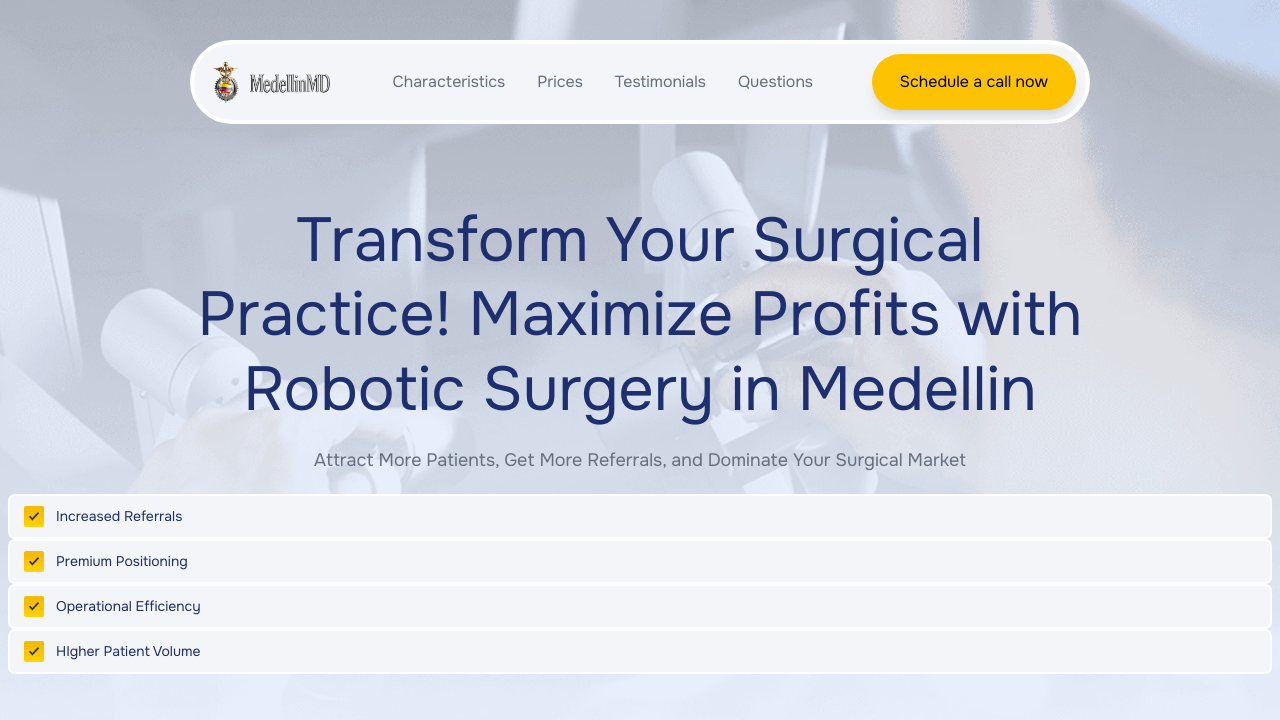
Repository: emmanueltech2019/cmd
Page: /home
These files come from the project's save history. The page is drawn as it stood at one moment and after a run of saves; the edit follows.
The browser window is 1280 px wide. The pictures show the whole page.
The project was rebuilt for these pictures with package versions that can differ from the ones it lists, and the page was loaded fresh each time. The framework's server and built-in components were replaced by stand-ins that run in the browser. Also part of the build but not shown: next.config.mjs.

Above is the page before, as saved 2025-05-15 16:23:29.

### src/app/home/page.jsx
import React from 'react'
import Image from 'next/image'
import medellinHero from '@/images/jpg/medellinHero.jpg'
import medellinLogo from '@/images/png/medellinLogo.png'
import medellinCheck from '@/images/png/medellinCheck.png'
import SlideView from '../components/SlideView'
import Button from '../components/Button'

const page = () => {
    const slideViewData = [
        { text: 'Increased Referrals', image: medellinCheck },
        { text: 'Premium Positioning', image: medellinCheck },
        { text: 'Operational Efficiency', image: medellinCheck },
        { text: 'Higher Patient Volume', image: medellinCheck },
    ];
  return (
    <>
        <div className={`h-screen w-full`}
            style={{
                backgroundImage: `url(${medellinHero.src})`,
                backgroundSize: 'cover',
                backgroundPosition: 'center',
                backgroundRepeat: 'no-repeat',
            }}
        >
            <nav className='py-5'>
                <div className="w-web-navwidth mx-auto bg-web-navwhite backdrop-blur-md p-web-nav-padding flex justify-between items-center rounded-web-radius border-white border-4 my-5">
                    <div className="w-web-logowidth h-web-logoheight flex justify-center items-center">
                        <Image src={medellinLogo} width={100} height={100} alt='medellin logo' className='w-full' />
                    </div>
                    <ul className="flex gap-web-navgap items-center text-navfontsize">
                        <li>
                            <button className='p-web-nav-padding bg-transparent hover:bg-web-blue text-web-navgray hover:text-white transition-all duration-500 rounded-web-navbtnradius'>Characteristics</button>
                        </li>
                        <li>
                            <button className='p-web-nav-padding bg-transparent hover:bg-web-blue text-web-navgray hover:text-white transition-all duration-500 rounded-web-navbtnradius'>Prices</button>
                        </li>
                        <li>
                            <button className='p-web-nav-padding bg-transparent hover:bg-web-blue text-web-navgray hover:text-white transition-all duration-500 rounded-web-navbtnradius'>Testimonials</button>
                        </li>
                        <li>
                            <button className='p-web-nav-padding bg-transparent hover:bg-web-blue text-web-navgray hover:text-white transition-all duration-500 rounded-web-navbtnradius'>Questions</button>
                        </li>
                    </ul>
                    <Button className='bg-web-yellow hover:bg-web-blue py-4 px-7 transition-all duration-500 hover:text-white shadow-lg rounded-web-radius'>Schedule a call now</Button>
                </div>
            </nav>
            <div className="mt-10 w-[100%] md:w-[70%] mx-auto">
                <h1 className="text-center text-web-blue text-webhero-font leading-webhero-lineheight">Transform Your Surgical Practice! Maximize Profits with Robotic Surgery in Medellin</h1>
                <p className='text-websubhero-font text-web-navgray text-center py-5'>Attract More Patients, Get More Referrals, and Dominate Your Surgical Market</p>
            </div>
            <div className="whitespace-nowrap">
                <SlideView>
                    <div className="flex gap-3">
                        <Image src={medellinCheck} alt='medellin check' width={100} height={100} className='w-5' />
                        Increased Referrals
                    </div>
                </SlideView>
                <SlideView>
                    <div className="flex gap-3">
                        <Image className='w-5' src={medellinCheck} alt='medellin check' width={100} height={100} />
                        Premium Positioning
                    </div>
                </SlideView>
                <SlideView>
                    <div className="flex gap-3">
                        <Image className='w-5' src={medellinCheck} alt='medellin check' width={100} height={100} />
                        Operational Efficiency
                    </div>
                </SlideView>
                <SlideView>
                    <div className="flex gap-3">
                        <Image className='w-5' src={medellinCheck} alt='medellin check' width={100} height={100} />
                        HIgher Patient Volume
                    </div>
                </SlideView>
            </div>
        </div>
    </>
  )
}

export default page

### src/app/globals.css
@import url('https://fonts.googleapis.com/css2?family=Onest:wght@100..900&family=Poppins:ital,wght@0,100;0,200;0,300;0,400;0,500;0,600;0,700;0,800;0,900;1,100;1,200;1,300;1,400;1,500;1,600;1,700;1,800;1,900&display=swap');

*{
  font-family: "Onest", sans-serif;
}

@tailwind base;
@tailwind components;
@tailwind utilities;

@font-face {
  font-family: 'Onset';
  src: url('/src/fonts/Onest-VariableFont_wght.ttf') format('truetype');
  font-weight: 400;
  font-style: normal;
  font-display: swap; /* recommended for better performance */
}

### src/app/components/SlideView.jsx
import React from 'react'

const slideview = ({ children }) => {
  return (
    <div className='p-web-heroslideview bg-web-navwhite border-white border-2 rounded-web-heroslideradius text-web-navfontsize text-web-blue mx-2 flex-shrink-0'>{children}</div>
  )
}

export default slideview

### src/app/components/button.jsx
import React from 'react'

const button = ({children}) => {
  return (
    <button className='bg-web-yellow hover:bg-web-blue py-4 px-7 transition-all duration-500 hover:text-white shadow-lg rounded-web-radius'>{children}</button>
  )
}

export default button

### tailwind.config.js
/** @type {import('tailwindcss').Config} */
export default {
  content: [
    "./index.html",
    "./src/**/*.{js,ts,jsx,tsx}",
  ],
  theme: {
    extend: {
      colors: {
        'web-blue': '#1d2f6f',
        'web-yellow': '#fdc201',
        'web-navwhite': '#f3f5f8',
        'web-navgray': '#646e7d',
      },
      boxShadow: {
        'web-shadow': '#abcbff08 0px 0.602187px 2.28831px 0px,'
      },
      padding: {
        'web-btn-padding': '16px 28px',
        'web-nav-padding': '10px',
        'web-heroslideview': '10px 14px'
      },
      lineHeight: {
        'webhero-lineheight': '74.4px'
      },
      fontSize: {
        'webhero-font': '62px',
        'websubhero-font': '18px',
        'web-navfontsize': '14px'
      },
      width: {
        'web-navwidth': '900px',
        'web-logowidth': '130px',
      },
      height: {
        'web-navheight': '76px',
        'web-logoheight': '56px'
      },
      borderRadius: {
        'web-radius': '99px',
        'web-navbtnradius': '8px',
        'web-heroslideradius': '7px'
      },
      gap: {
        'web-navgap': '12px'
      },
      fontFamily: {
        myFont: ['Onset']
      }
    },
  },
  plugins: [],
}

Loaded but not shown: src/app/layout.jsx (common file)

After the next 7 saves:
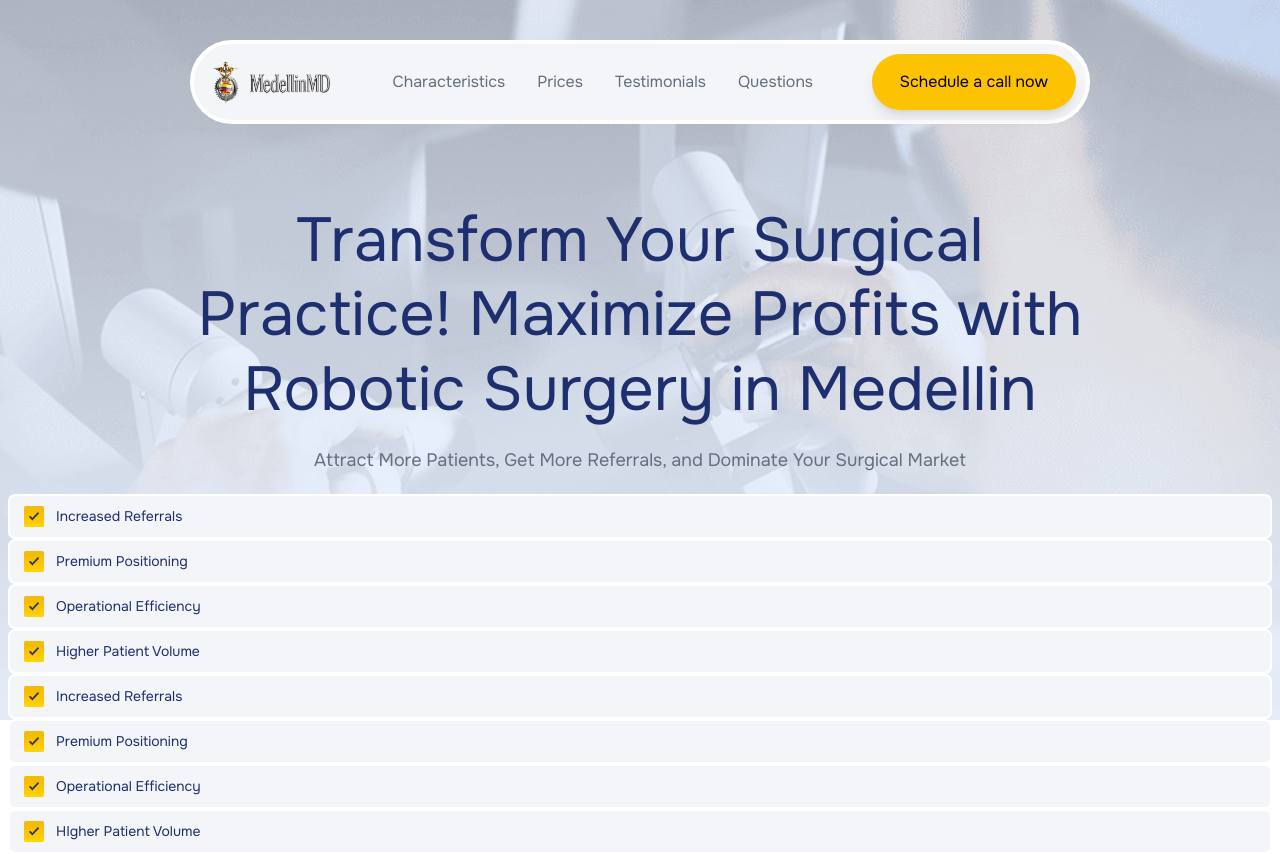
The 7 saves are shown as one change because 2 did not build or start and some came seconds apart.
The last was saved 32 s later.
--- a/src/app/home/page.jsx
+++ b/src/app/home/page.jsx
@@ -50,6 +50,14 @@ const page = () => {
                 <p className='text-websubhero-font text-web-navgray text-center py-5'>Attract More Patients, Get More Referrals, and Dominate Your Surgical Market</p>
             </div>
             <div className="whitespace-nowrap">
+                {slideViewData.map((item, index) => (
+                    <SlideView key={index}>
+                        <div className="flex gap-3">
+                            <Image src={item.image} alt='medellin check' width={100} height={100} className='w-5' />
+                            {item.text}
+                        </div>
+                    </SlideView>
+                ))}
                 <SlideView>
                     <div className="flex gap-3">
                         <Image src={medellinCheck} alt='medellin check' width={100} height={100} className='w-5' />
